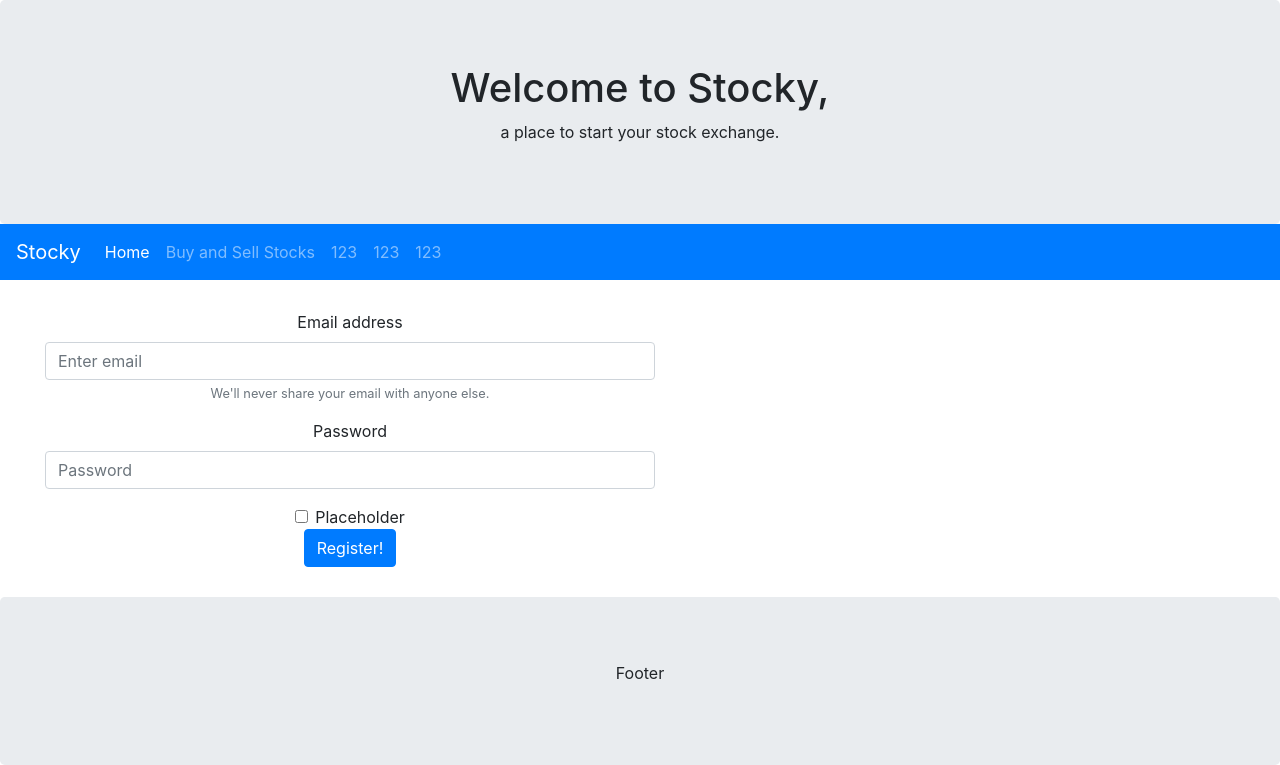
Repository: madfufuu/stocky
Page: http://localhost/stocky/signup.jsp
An editor plug-in stored every save of this project. The page is shown before and after the next save, followed by the edit.
The browser window is 1280 px wide. The pictures show the whole page.
The page is served by Tomcat 9.

Above is the page before, as saved 2019-11-27 21:41:12.

After the next save:
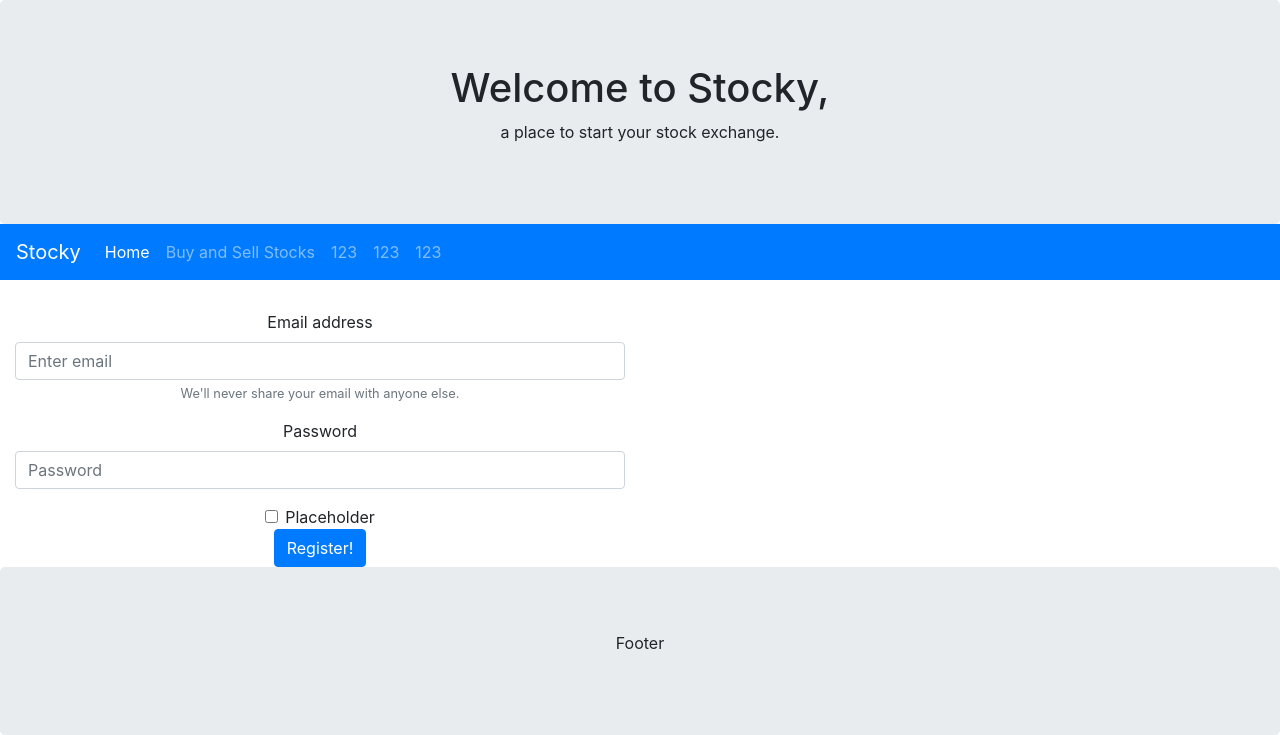
Saved 20 s later.
--- a/stocky-new-master/stocky/WebContent/style.css
+++ b/stocky-new-master/stocky/WebContent/style.css
@@ -5,5 +5,5 @@
 
 #signupForm{
 	text-align: center;
-	margin:  30px;
+	margin-top:  30px;
 }
